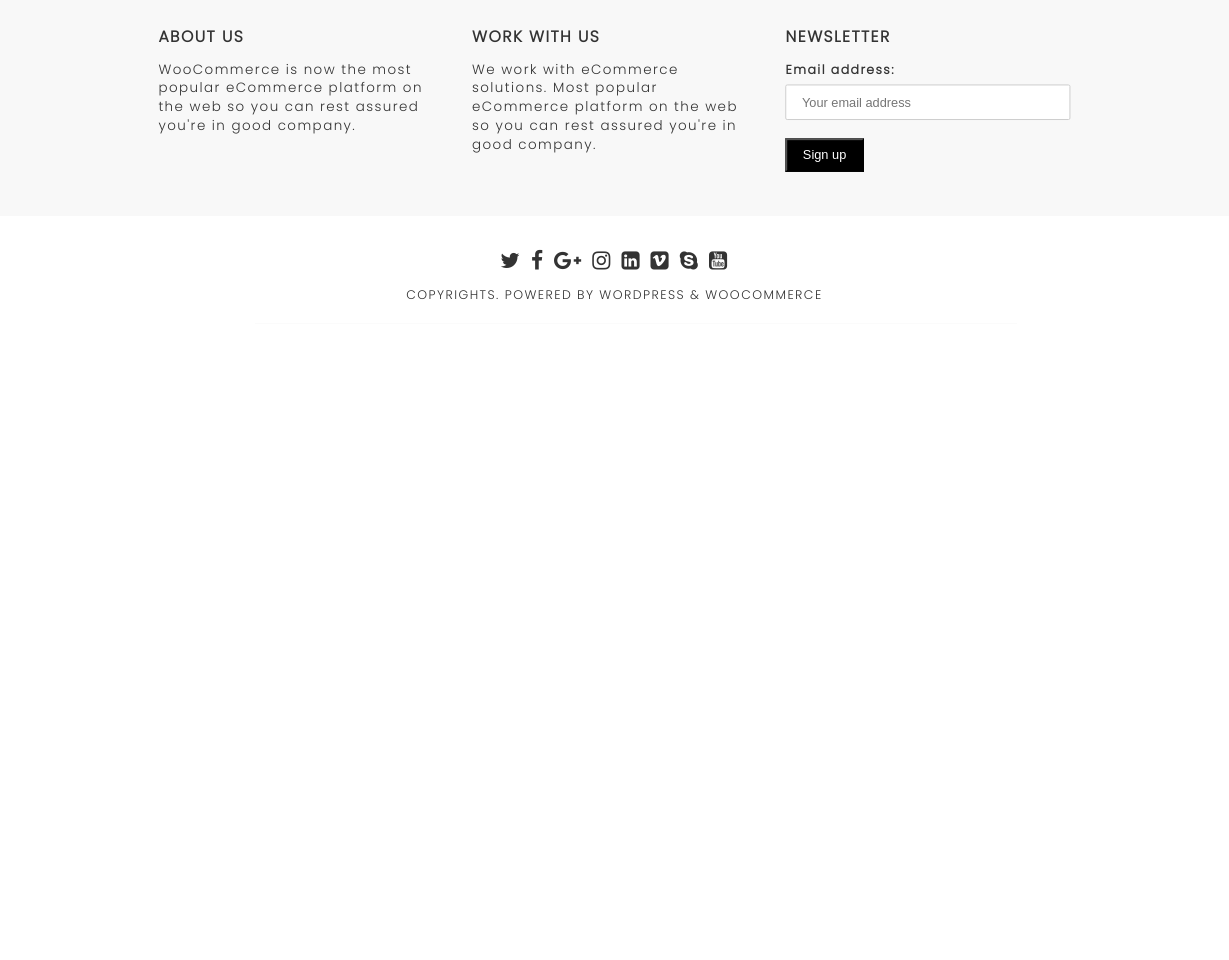
Repository: dungle03/tke_web_nhom_15
Page: index.html
An editor plug-in stored every save of this project. The page is shown before and after the next save, followed by the edit.
The browser window is 1280 px wide. The pictures show the whole page, at 96% of full size.

Above is the page before, as saved 2022-09-13 02:47:22.
Not found: resest.css

After the next save:
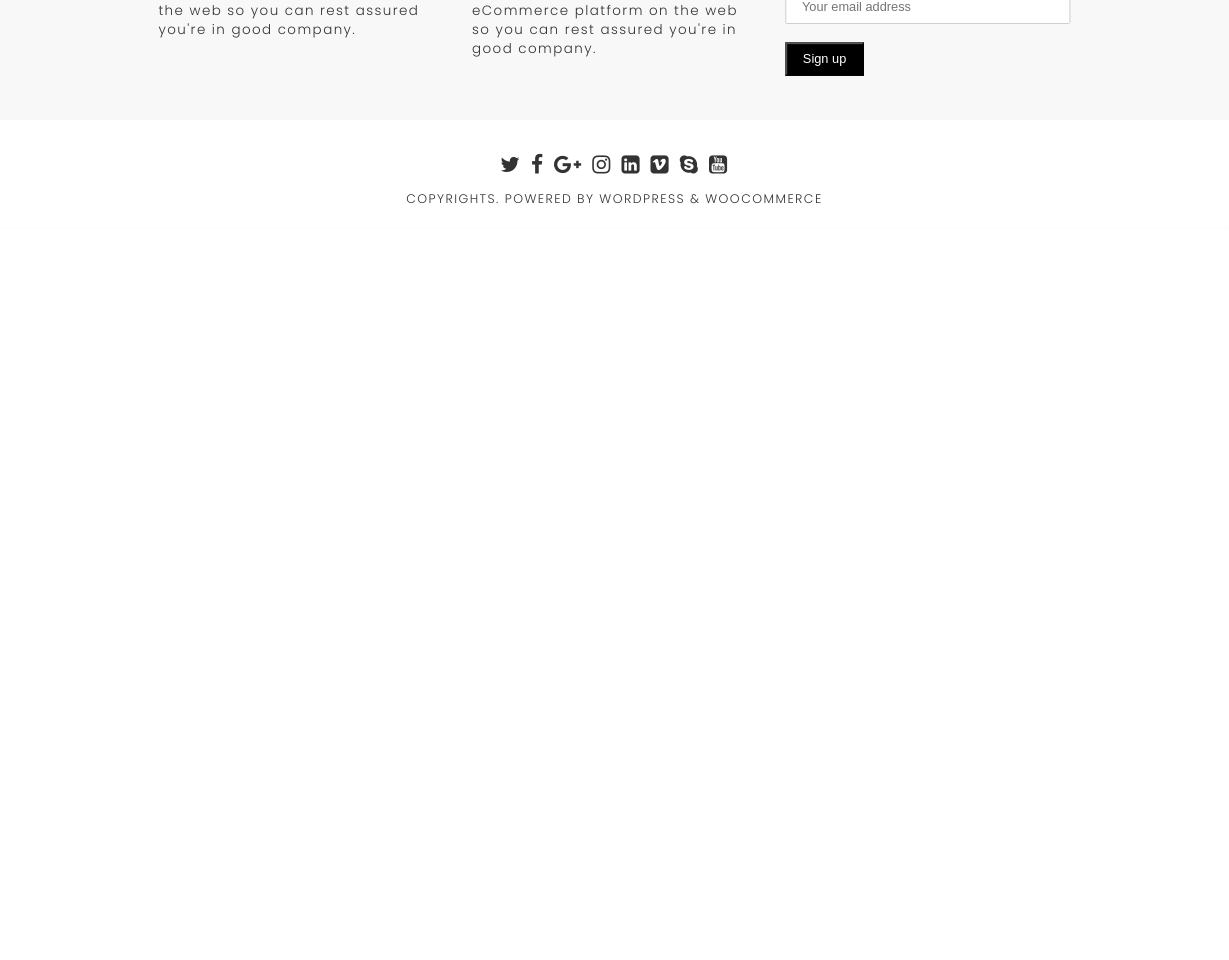
Saved 70 s later.
--- a/CSS/header.css
+++ b/CSS/header.css
@@ -117,7 +117,7 @@
 /* FORTER */
 .footer{
   position: relative;
-  bottom: 0;
+  bottom: 100px;
 }
 .main-foot{
   background-color:

After the save that followed:
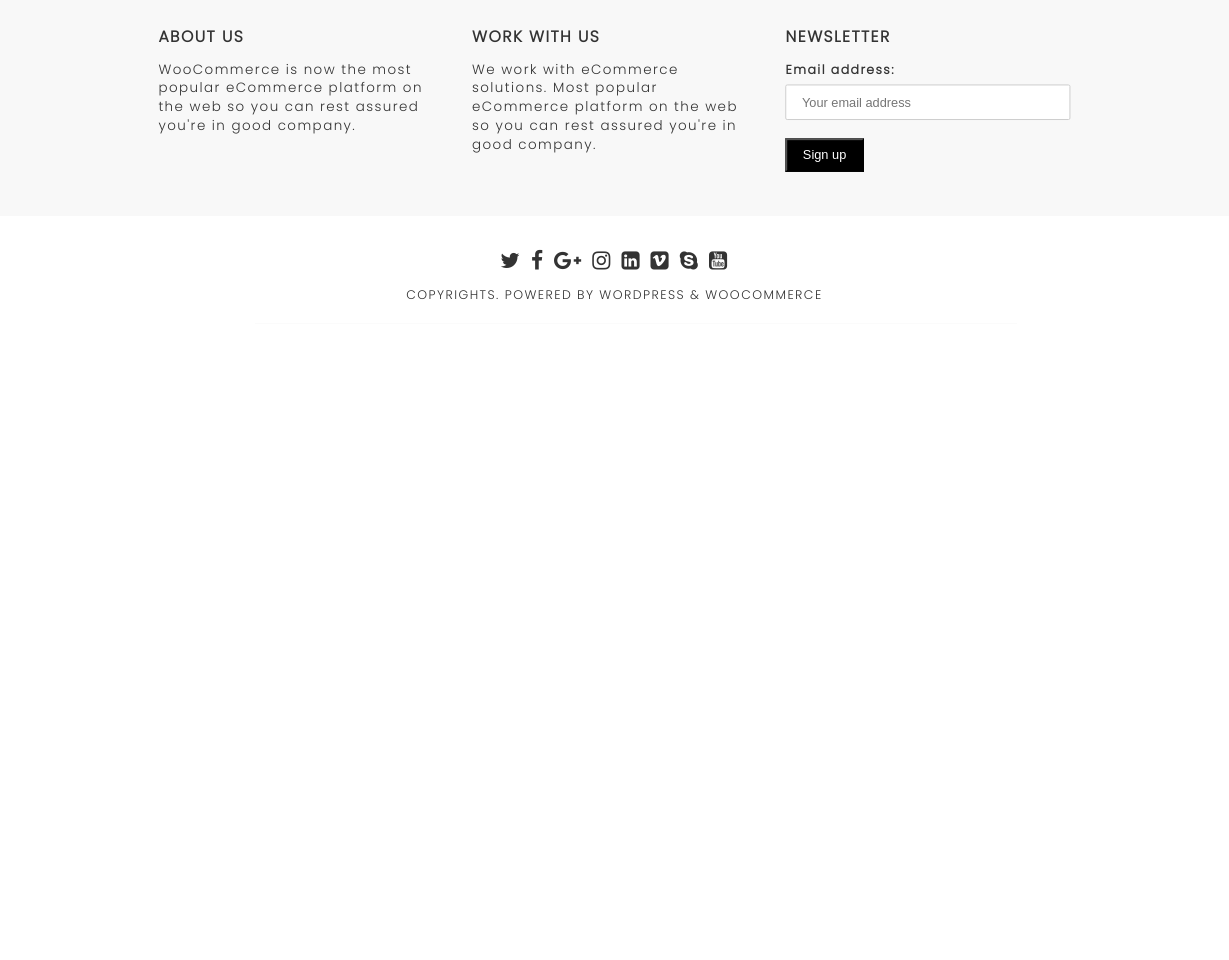
Saved 9 s later.
--- a/CSS/header.css
+++ b/CSS/header.css
@@ -117,7 +117,7 @@
 /* FORTER */
 .footer{
   position: relative;
-  bottom: 100px;
+  top: 0px;
 }
 .main-foot{
   background-color:
